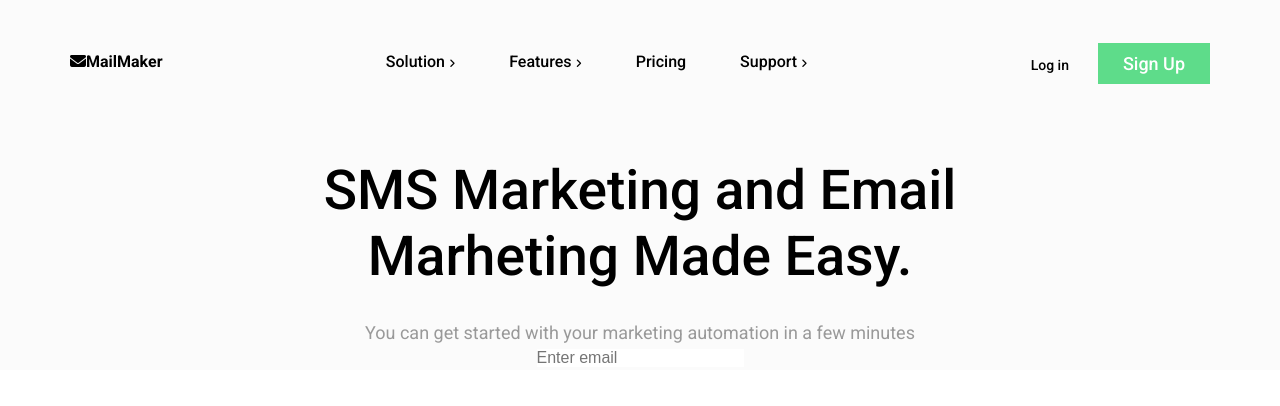
Repository: phanhuy16/Folder
Page: sign/index.html
An editor plug-in stored every save of this project. The page is shown before and after the next save, followed by the edit.
The browser window is 1280 px wide. The pictures show the whole page.

Above is the page before, as saved 2023-04-29 20:52:54.

### sign/index.html
<!DOCTYPE html>
<html lang="en">
<head>
    <meta charset="UTF-8">
    <meta http-equiv="X-UA-Compatible" content="IE=edge">
    <meta name="viewport" content="width=device-width, initial-scale=1.0">
    <link rel="preconnect" href="https://fonts.googleapis.com">
    <link rel="preconnect" href="https://fonts.gstatic.com" crossorigin>
    <link href="https://fonts.googleapis.com/css2?family=Roboto:wght@300;400;500;700&display=swap" rel="stylesheet">
    <link rel="stylesheet" href="./fontawesome-free-6.4.0-web/css/all.css">
    <title>Marketing</title>
    <link rel="stylesheet" href="./main.css/reset.css">
    <link rel="stylesheet" href="./main.css/style.css">
</head>
<body>
    <div class="container">
        <div class="header">
            <div class="header-logo">
                <a href="#" class="logo">
                    <i class="fa-solid fa-envelope"></i>MailMaker
                </a>
            </div>
            <div class="header-item">
                <a href="#" class="header-list">Solution <i class="fa-solid fa-angle-right"></i></a>
                <a href="#" class="header-list">Features <i class="fa-solid fa-angle-right"></i></a>
                <a href="#" class="header-list">Pricing</a>
                <a href="#" class="header-list">Support <i class="fa-solid fa-angle-right"></i></a>
            </div>
            <div class="header-socal" style="padding-right: 70px;">
                <a href="#" class="header-login">Log in</a>
                <a href="#" class="header-signup">Sign Up</a>
            </div>
        </div>

        <div class="header-title">
            <h1 class="heading">
                SMS Marketing and Email<br>Marheting Made Easy.
            </h1>
            <p class="text">
                You can get started with your marketing automation in a few minutes
            </p>
            <input class="form-control" type="email" name="name" id="email" placeholder="Enter email">
        </div>
    </div>
</body>
</html>

### sign/main.css/reset.css
* {
    margin: 0;
    padding: 0;
    border: 0;
    font-size: 16px;
}

ol, ul {
    list-style: none;
}

a {
    text-decoration: none;
}

### sign/main.css/style.css
* {
    box-sizing: inherit;
}
html {
    font-family: 'Roboto', sans-serif;
    line-height: 1.5;
    font-size: 62.5%;
    box-sizing: border-box;
}

body {
    overflow-x: hidden;
    color: black;
    display: flex;
    align-items: center;
    justify-content: center;
    background-color: white;
}

img {
    display: block;
    max-width: 100%;
}

.container {
    width: 100%;
    max-width: 1400px;
    max-height: 100%;
    background-color: #FBFBFB;
}

.header {
    display: flex;
    justify-content: space-between;
    margin-top: 50px;
}

.logo {
    font-size: 16px;
    font-weight: bold;
    color: black;
    padding-left: 70px;
}

.header-list {
    padding: 0 25px;
    color: black;
    font-weight: 500;
}

.header-login {
    padding-right: 25px;
    color: black;
    font-size: 14px;
    font-weight: 500;
}

.header-signup {
    font-size: 18px;
    font-weight: 500;
    color: white;
    padding: 10px 25px;
    background: #5EDC8A;
}

.fa-angle-right {
    font-size: 10px;
}

.header-title {
    text-align: center;
    margin-top: 80px;
}
.heading {
    font-size: 55px;
    font-weight: 500;
    line-height: 1.2;
    display:-webkit-box;
    -webkit-line-clamp: 2;
    -webkit-box-orient: vertical;
    overflow: hidden;
    text-overflow: ellipsis;
    word-break: break-word;
}

.text {
    color: #999;
    font-size: 18px;
    margin-top: 30px;
}

Loaded but not shown: sign/fontawesome-free-6.4.0-web/css/all.css (library)

After the next save:
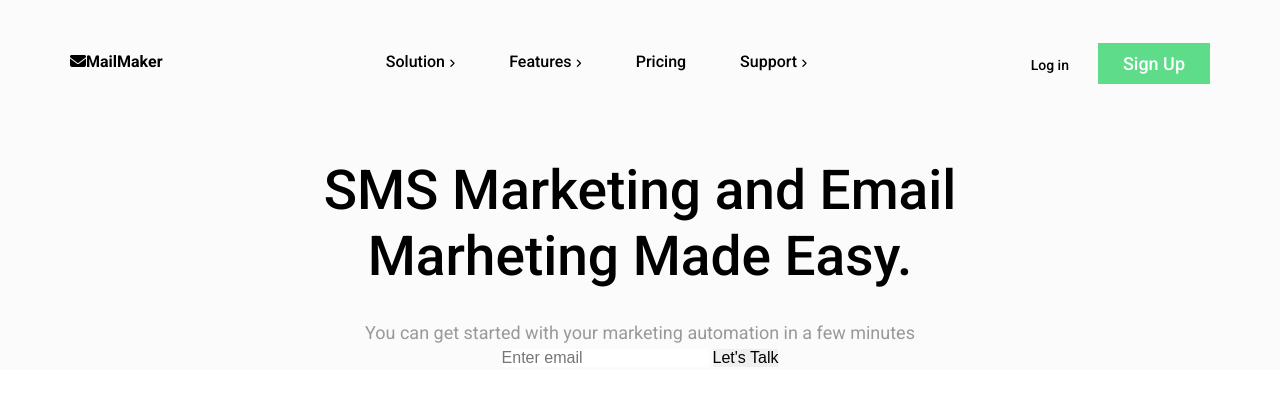
Saved 36 s later.
--- a/sign/index.html
+++ b/sign/index.html
@@ -40,6 +40,7 @@
                 You can get started with your marketing automation in a few minutes
             </p>
             <input class="form-control" type="email" name="name" id="email" placeholder="Enter email">
+            <button type="submit">Let's Talk</button>
         </div>
     </div>
 </body>
